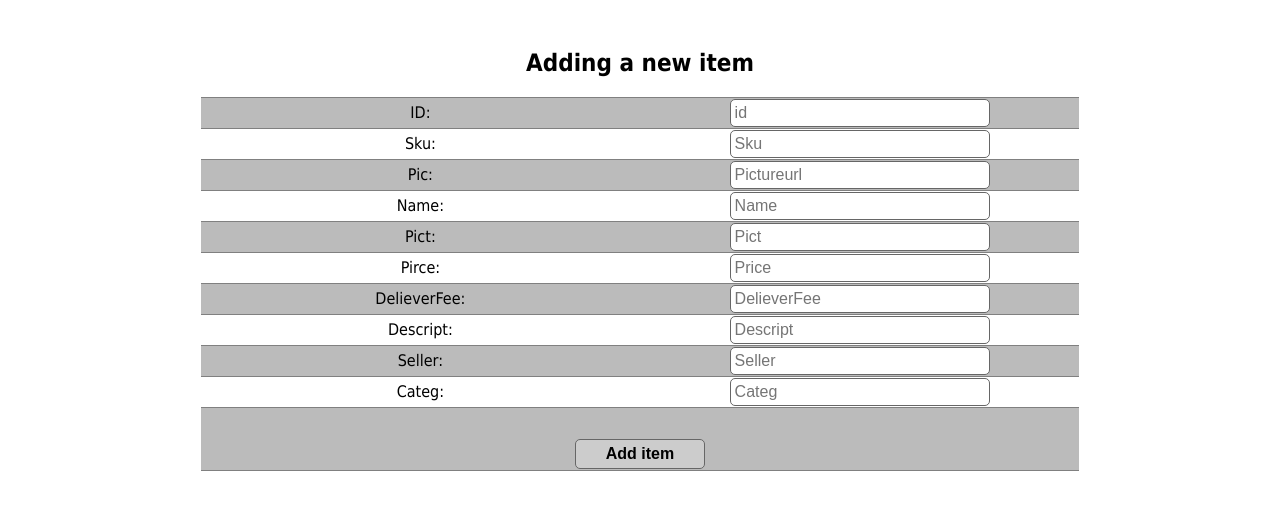
Repository: UnforgivenZZZ/bulldog
Page: bulldog/WebContent/WEB-INF/addingitem.html
The author's editor kept a copy of each file at every save. The page is drawn from the files as they stood at one save, then again after the next save.
The browser window is 1280 px wide. The pictures show the whole page.

Above is the page before, as saved 2017-07-13 01:42:01.

### bulldog/WebContent/WEB-INF/addingitem.html
<!DOCTYPE html PUBLIC "-//W3C//DTD HTML 4.01 Transitional//EN" "http://www.w3.org/TR/html4/loose.dtd">
<html>
<head>
<meta http-equiv="Content-Type" content="text/html; charset=ISO-8859-1">
<title>Adding new item</title>
	<link type="text/css" rel="stylesheet" href="css/add-products-style.css">
	<link type="text/css" rel="stylesheet" href="css/style.css">
</head>
<body>

<!-- 	id,sku,pic,name,pict,price,delieverFee,descript,seller,categ,postDate -->
    <form action="adding" method="post">
        <table border="0" width="45%" align="center">
            <caption><h2>Adding a new item</h2></caption>
             <tr>
                <td width="50%">ID: </td>
                <td><input type="text" placeholder="id" name="_id"></td>
            </tr>
             <tr>
                <td width="50%">Sku: </td>
                <td><input type="text" placeholder="Sku" name="_Sku"></td>
            </tr>
            <tr>
                <td>Pic: </td>
                <td><input type="text" placeholder="Pictureurl" name="_Pictureurl"></td>
            </tr>
            <tr>
                <td>Name: </td>
                <td><input type="text" placeholder="Name" name="_Name"></td>
            </tr>
             <tr>
                <td>Pict: </td>
                <td><input type="text" placeholder="Pict" name="_Pict"></td>
            </tr>
             <tr>
                <td>Pirce: </td>
                <td><input type="text" placeholder="Price" name="_Price"></td>
            </tr>
            <tr>
                <td>DelieverFee: </td>
                <td><input type="text" placeholder="DelieverFee" name="_DelieverFee"></td>
            </tr>
            <tr>
                <td>Descript: </td>
                <td><input type="text" placeholder="Descript" name="_Descript"></td>
            </tr>
             <tr>
                <td>Seller: </td>
                <td><input type="text" placeholder="Seller" name="_Seller"></td>
            </tr>
            <tr>
                <td>Categ: </td>
                <td><input type="text" placeholder="Categ" name="_Categ"></td>
            </tr>



			<br/>

            <tr>
            <!-- change to onlick cannot proces if not working with duplicate -->
                <td colspan="2" align="center"><input type="Submit" value="Add item" class="save"/></td>
            </tr>
        </table>

    </form>
</body>
</html>

### bulldog/WebContent/css/style.css
html, body{
	margin-left:15px; margin-right:15px;
	padding:0px;
	font-family:Verdana, Arial, Helvetica, sans-serif;
}

table {
	border-collapse:collapse;
	border-bottom:1px solid gray;
	font-family: Tahoma,Verdana,Segoe,sans-serif;
	width:72%;
}

th {
	border-bottom:1px solid gray;
	background:none repeat scroll 0 0 #0775d3;
	padding:10px;
	color: #FFFFFF;
}

tr {
	border-top:1px solid gray;
	text-align:center;
}

tr:nth-child(even) {background: #FFFFFF}
tr:nth-child(odd) {background: #BBBBBB}

#wrapper {width: 100%; margin-top: 0px; }
#header {width: 70%; background: #0775d3; margin-top: 0px; padding:15px 0px 15px 15px;}
#header h2 {width: 100%; margin:auto; color: #FFFFFF;}
#container {width: 100%; margin:auto}
#container h3 {color: #000;}
#container #content {margin-top: 20px;}

.add-student-button {
	border: 1px solid #666;
	border-radius: 5px;
	padding: 4px;
	font-size: 12px;
	font-weight: bold;
	width: 120px;
	padding: 5px 10px;

	margin-bottom: 15px;
	background: #cccccc;
}

Loaded but not shown: bulldog/WebContent/css/add-products-style.css (common file)

After the next save:
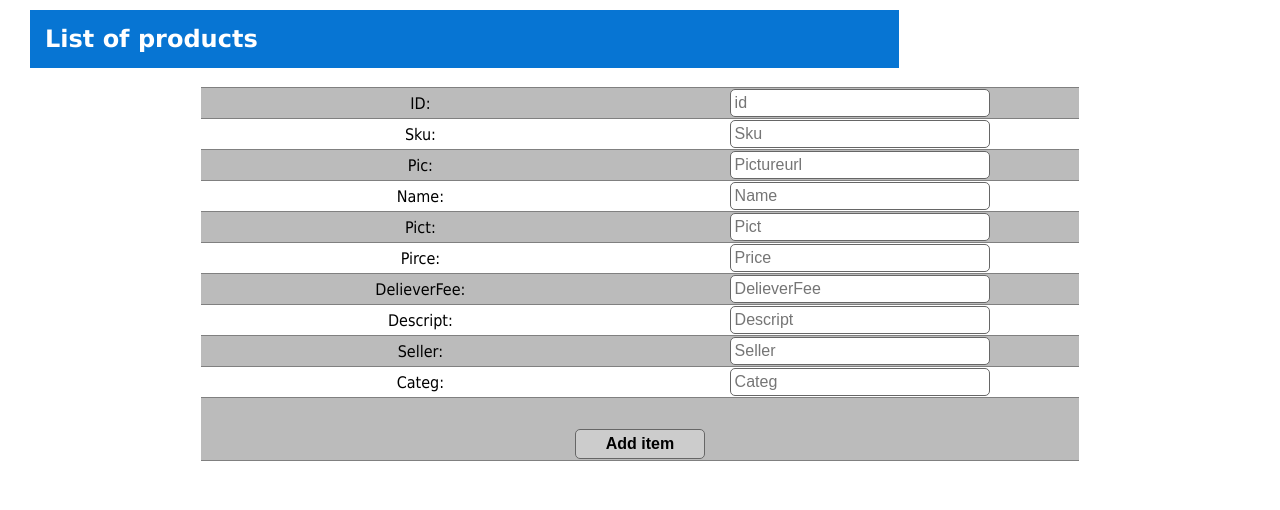
Saved 4 min 11 s later.
--- a/bulldog/WebContent/WEB-INF/addingitem.html
+++ b/bulldog/WebContent/WEB-INF/addingitem.html
@@ -11,7 +11,13 @@
 <!-- 	id,sku,pic,name,pict,price,delieverFee,descript,seller,categ,postDate -->
     <form action="adding" method="post">
         <table border="0" width="45%" align="center">
-            <caption><h2>Adding a new item</h2></caption>
+
+			<div id ="wrapper">
+				<div id ="header">
+					<h2>List of products</h2>
+				</div>
+			</div>
+
              <tr>
                 <td width="50%">ID: </td>
                 <td><input type="text" placeholder="id" name="_id"></td>
